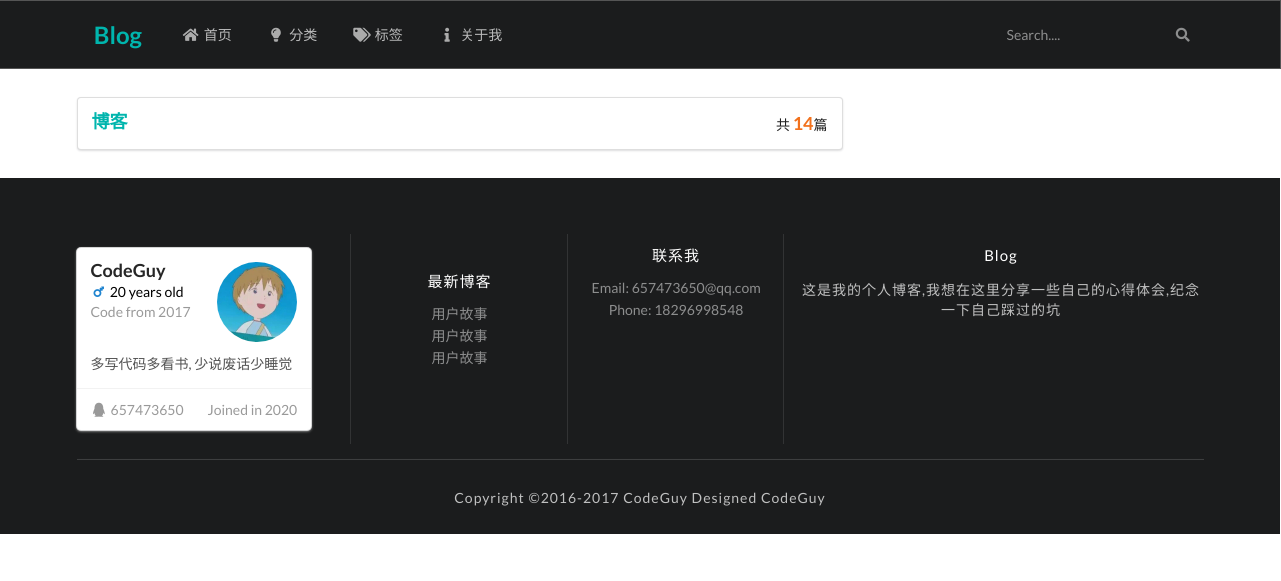
Repository: GOGOHQ/myblog
Page: index.html
These files come from the project's save history. The page is drawn as it stood at one moment and after the next save; the edit follows.
The browser window is 1280 px wide. The page is 1281 px wide, so the pictures cover 1281 px, including what lies to the right of the window. The pictures show the whole page.
Some web libraries are served in a nearby version.

Above is the page before, as saved 2020-01-16 18:49:50.

### index.html
<!DOCTYPE html>
<html lang="en">

<head>
    <meta charset="UTF-8">
    <meta name="viewport" content="width=device-width, inital-scale=1.0">
    <title>首页</title>
    <link rel="stylesheet" href="static/css/me.css">
    <link rel="stylesheet" href="https://cdn.jsdelivr.net/semantic-ui/2.2.4/semantic.min.css">
    <script src="https://cdn.jsdelivr.net/npm/jquery@3.2/dist/jqurey.min.js"></script>
    <script src="https://cdn.jsdelivr.net/semantic-ui/2.2.4/semantic.min.js"></script>
</head>

<body>
<!-- 导航 -->
<nav class="ui inverted  attached  segment m-padded-tb-mini">
    <div class="ui container">
        <div class="ui secondary inverted menu">
            <h2 class="ui teal header item">Blog</h2>
            <a href="#" class="item"><i class="home icon"></i>首页</a>
            <a href="#" class="item"><i class="idea icon"></i>分类</a>
            <a href="#" class="item"><i class="tags icon"></i>标签</a>
            <a href="#" class="item"><i class="info icon"></i>关于我</a>
            <div class="right item">
                <div class="ui icon  inverted transparent input">
                    <input type="text" placeholder="Search....">
                    <i class="search link icon"></i>
                </div>
            </div>
        </div>
    </div>
</nav>
<!-- 内容 -->
<div class="m-padded-tb-large">
    <div class="ui container">
        <div class="ui grid">
            <div class="eleven wide column">
                <div class="ui segment">
                    <div class="ui two column grid">
                        <div class="column">
                            <h3 class="ui teal header">博客</h3>
                        </div>
                        <div class="right aligned column">
                            共
                            <h3 class="ui orange header m-inline-block">14</h3>篇
                        </div>
                    </div>
                </div>
            </div>
            <div class="five wide column"></div>
        </div>
    </div>
</div>
<!-- 底部 -->
<footer class="ui inverted vertical segment m-padded-tb-massive">
    <div class="ui center aligned container" style="height:230px">
        <div class="ui inverted divided grid fluid">
            <div class="four wide column left aligned" style="padding-right: 40px;">
                <div class="ui card">
                    <div class="content">
                        <img class="right circular floated tiny ui image" src="static/images/avatar.jpg">
                        <div class="header">
                            CodeGuy
                        </div>
                        <div class="meta">
                            <i class="icon blue mars stroke" style="margin:0px"></i>
                            <text style="color:black;">20 years old</text>
                        </div>
                        <div class="meta">
                            Code from 2017
                        </div>
                        <div class="description">
                            多写代码多看书, 少说废话少睡觉
                        </div>
                    </div>
                    <div class="extra content">
                        <a>
                            <i class="qq icon"></i>657473650
                        </a>
                        <span class="right floated">
                                    Joined in 2020
                                  </span>
                    </div>
                </div>
            </div>
            <div class="center aligned three wide column m-padded-top-middle">
                <h4 class="ui inverted header m-text-thin m-text-spaced">最新博客</h4>
                <div class="ui inverted link list">
                    <a href="#" class="item">用户故事</a>
                    <a href="#" class="item">用户故事</a>
                    <a href="#" class="item">用户故事</a>
                </div>
            </div>
            <div class="center aligned three wide column m-padded-t-middle">
                <h4 class="ui inverted header m-text-thin m-text-spaced">联系我</h4>
                <div class="ui inverted link list">
                    <a href="#" class="item">Email: 657473650@qq.com</a>
                    <a href="#" class="item">Phone: 18296998548</a>

                </div>
            </div>
            <div class="six wide column m-padded-t-middle">
                <h4 class="ui inverted header m-text-thin m-text-spaced">Blog</h4>
                <p class="m-text-thin m-text-spaced m-text-mini-opacity">这是我的个人博客,我想在这里分享一些自己的心得体会,纪念一下自己踩过的坑</p>
            </div>
        </div>
        <div class="ui inverted section divider"></div>
        <p class="m-text-thin m-text-spaced m-text-mini-opacity">Copyright ©2016-2017 CodeGuy Designed CodeGuy</p>
    </div>
</footer>
</body>


</html>

### static/css/me.css
.m-padded-tb-mini {
    padding-top: 0.2em !important;
    padding-bottom: 0.2em !important;
}

.m-padded-top-middle {
    padding-top: 40px !important
}

.m-padded-tb-massive {
    padding-top: 5em !important;
    padding-bottom: 5em !important;
}

.m-padded-tb-large {
    padding-top: 2em !important;
    padding-bottom: 2em !important;
}

.m-padded-tb-big {
    padding-top: 3em !important;
    padding-bottom: 3em !important;
}

.m-padded-tb-tiny {
    padding-top: 0.3em !important;
    padding-bottom: 0.3em !important;
}

.m-padded-tb-huge {
    padding-top: 4em !important;
    padding-bottom: 4em !important;
}

.m-padded-tb {
    padding-top: 1em !important;
    padding-bottom: 1em !important;
}

.m-padded-tb-small {
    padding-top: 0.5em !important;
    padding-bottom: 0.5em !important;
}


/* text */

.m-text-thin {
    font-weight: 400 !important
}

.m-text-spaced {
    letter-spacing: 1px !important
}

.m-text-lined {
    line-height: 1.8 !important
}

.m-text-mini-opacity {
    opacity: 0.8 !important
}


/* display */

.m-inline-block {
    display: inline;
}

After the next save:
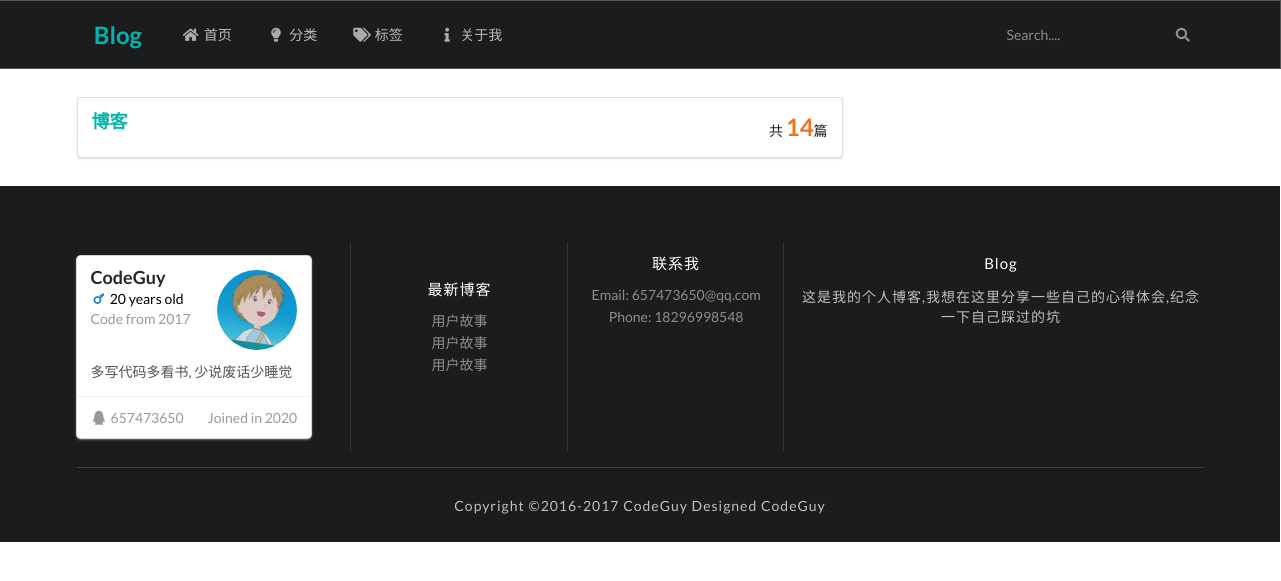
Saved 14 s later.
--- a/index.html
+++ b/index.html
@@ -42,7 +42,7 @@
                         </div>
                         <div class="right aligned column">
                             共
-                            <h3 class="ui orange header m-inline-block">14</h3>篇
+                            <h2 class="ui orange header m-inline-block">14</h2>篇
                         </div>
                     </div>
                 </div>
